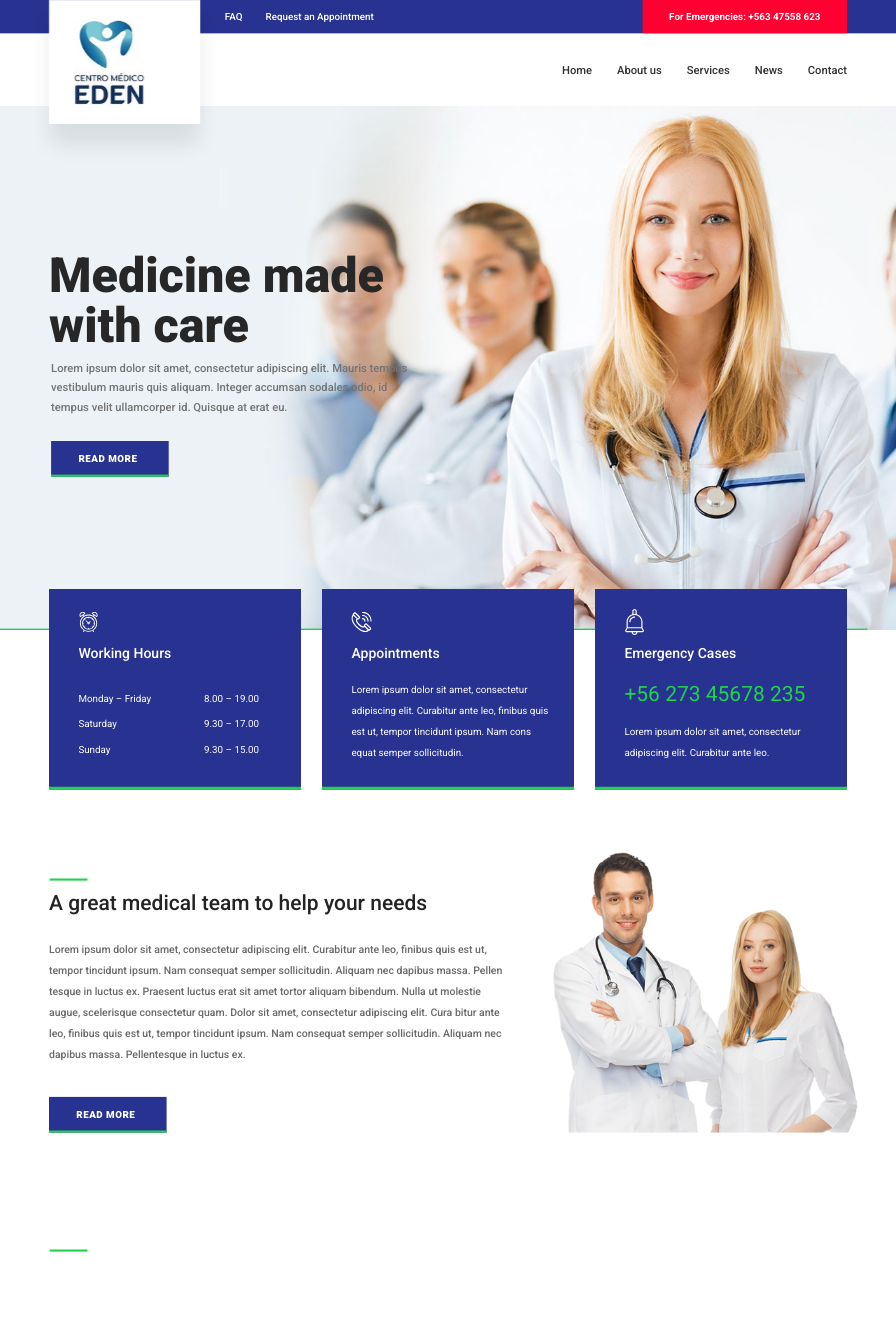
Repository: Nanitamo/centro-medico-eden-webpage
Page: index.html
The author's editor kept a copy of each file at every save. The page is drawn from the files as they stood at one save, then again after a run of saves.
The browser window is 1280 px wide. The pictures show the part of the page from y = 0 to 1920 px (the page is 4535 px tall), at 70% of full size.

Above is the page before, as saved 2020-06-18 12:57:36.

### index.html
<!DOCTYPE html>
<html lang="en">
<head>
<title>CareMed</title>
<meta charset="utf-8">
<meta http-equiv="X-UA-Compatible" content="IE=edge">
<meta name="description" content="CareMed demo project">
<meta name="viewport" content="width=device-width, initial-scale=1">
<link rel="stylesheet" type="text/css" href="styles/bootstrap4/bootstrap.min.css">
<link href="plugins/font-awesome-4.7.0/css/font-awesome.min.css" rel="stylesheet" type="text/css">
<link rel="stylesheet" type="text/css" href="plugins/OwlCarousel2-2.2.1/owl.carousel.css">
<link rel="stylesheet" type="text/css" href="plugins/OwlCarousel2-2.2.1/owl.theme.default.css">
<link rel="stylesheet" type="text/css" href="plugins/OwlCarousel2-2.2.1/animate.css">
<link rel="stylesheet" type="text/css" href="styles/main_styles.css">
<link rel="stylesheet" type="text/css" href="styles/responsive.css">
</head>
<body>

<div class="super_container">

	<!-- Header -->

	<header class="header trans_200">

		<!-- Top Bar -->
		<div class="top_bar">
			<div class="container">
				<div class="row">
					<div class="col">
						<div class="top_bar_content d-flex flex-row align-items-center justify-content-start">
							<div class="top_bar_item"><a href="#">FAQ</a></div>
							<div class="top_bar_item"><a href="#">Request an Appointment</a></div>
							<div class="emergencies  d-flex flex-row align-items-center justify-content-start ml-auto">For Emergencies: +563 47558 623</div>
						</div>

					</div>
				</div>
			</div>
		</div>

		<!-- Header Content -->
		<div class="header_container">
			<div class="container">
				<div class="row">
					<div class="col">
						<div class="header_content d-flex flex-row align-items-center justify-content-start">
							<nav class="main_nav ml-auto">
								<ul>
									<li><a href="index.html">Home</a></li>
									<li><a href="about.html">About us</a></li>
									<li><a href="services.html">Services</a></li>
									<li><a href="news.html">News</a></li>
									<li><a href="contact.html">Contact</a></li>
								</ul>
							</nav>
							<div class="hamburger ml-auto"><i class="fa fa-bars" aria-hidden="true"></i></div>
						</div>
					</div>
				</div>
			</div>
		</div>

		<!-- Logo -->
		<div class="logo_container_outer">
			<div class="container">
				<div class="row">
					<div class="col">
						<div class="logo_container">
							<a href="#">
								<div class="logo_content d-flex flex-column align-items-start justify-content-center">
									<!-- <div class="logo_line"></div>
									<div class="logo d-flex flex-row align-items-center justify-content-center">
										<div class="logo_text">Care<span>Med</span></div>
										<div class="logo_box">+</div>
									</div>
									<div class="logo_sub">Health Care Center</div> -->
									<img src="./images/logo.jpg" alt="Logotipo" width ="">
								</div>
							</a>
						</div>
					</div>
				</div>
			</div>
		</div>

	</header>

	<!-- Menu -->

	<div class="menu_container menu_mm">

		<!-- Menu Close Button -->
		<div class="menu_close_container">
			<div class="menu_close"></div>
		</div>

		<!-- Menu Items -->
		<div class="menu_inner menu_mm">
			<div class="menu menu_mm">
				<ul class="menu_list menu_mm">
					<li class="menu_item menu_mm"><a href="index.html">Home</a></li>
					<li class="menu_item menu_mm"><a href="about.html">About us</a></li>
					<li class="menu_item menu_mm"><a href="services.html">Services</a></li>
					<li class="menu_item menu_mm"><a href="news.html">News</a></li>
					<li class="menu_item menu_mm"><a href="contact.html">Contact</a></li>
				</ul>
			</div>
			<div class="menu_extra">
				<div class="menu_appointment"><a href="#">Request an Appointment</a></div>
				<div class="menu_emergencies">For Emergencies: +563 47558 623</div>
			</div>

		</div>

	</div>

	<!-- Home -->

	<div class="home">
		<div class="home_slider_container">
			<!-- Home Slider -->
			<div class="owl-carousel owl-theme home_slider">

				<!-- Slider Item -->
				<div class="owl-item">
					<div class="home_slider_background" style="background-image:url(images/home_background_1.jpg)"></div>
					<div class="home_content">
						<div class="container">
							<div class="row">
								<div class="col">
									<div class="home_content_inner">
										<div class="home_title"><h1>Medicine made with care</h1></div>
										<div class="home_text">
											<p>Lorem ipsum dolor sit amet, consectetur adipiscing elit. Mauris tempus vestibulum mauris quis aliquam. Integer accumsan sodales odio, id tempus velit ullamcorper id. Quisque at erat eu.</p>
										</div>
										<div class="button home_button">
											<a href="#">read more</a>
										</div>
									</div>
								</div>
							</div>
						</div>
					</div>
				</div>

				<!-- Slider Item -->
				<div class="owl-item">
					<div class="home_slider_background" style="background-image:url(images/home_background_1.jpg)"></div>
					<div class="home_content">
						<div class="container">
							<div class="row">
								<div class="col">
									<div class="home_content_inner">
										<div class="home_title"><h1>Medicine made with care</h1></div>
										<div class="home_text">
											<p>Lorem ipsum dolor sit amet, consectetur adipiscing elit. Mauris tempus vestibulum mauris quis aliquam. Integer accumsan sodales odio, id tempus velit ullamcorper id. Quisque at erat eu.</p>
										</div>
										<div class="button home_button">
											<a href="#">read more</a>
										</div>
									</div>
								</div>
							</div>
						</div>
					</div>
				</div>

				<!-- Slider Item -->
				<div class="owl-item">
					<div class="home_slider_background" style="background-image:url(images/home_background_1.jpg)"></div>
					<div class="home_content">
						<div class="container">
							<div class="row">
								<div class="col">
									<div class="home_content_inner">
										<div class="home_title"><h1>Medicine made with care</h1></div>
										<div class="home_text">
											<p>Lorem ipsum dolor sit amet, consectetur adipiscing elit. Mauris tempus vestibulum mauris quis aliquam. Integer accumsan sodales odio, id tempus velit ullamcorper id. Quisque at erat eu.</p>
										</div>
										<div class="button home_button">
											<a href="#">read more</a>
										</div>
									</div>
								</div>
							</div>
						</div>
					</div>
				</div>

			</div>

			<!-- Slider Progress -->
			<div class="home_slider_progress"></div>
		</div>
	</div>

	<!-- 3 Boxes -->

	<div class="boxes">
		<div class="container">
			<div class="row">

				<!-- Box -->
				<div class="col-lg-4 box_col">
					<div class="box working_hours">
						<div class="box_icon d-flex flex-column align-items-start justify-content-center"><div style="width:29px; height:29px;"><img src="images/alarm-clock.svg" alt=""></div></div>
						<div class="box_title">Working Hours</div>
						<div class="working_hours_list">
							<ul>
								<li class="d-flex flex-row align-items-center justify-content-start">
									<div>Monday – Friday</div>
									<div class="ml-auto">8.00 – 19.00</div>
								</li>
								<li class="d-flex flex-row align-items-center justify-content-start">
									<div>Saturday</div>
									<div class="ml-auto">9.30 – 17.00</div>
								</li>
								<li class="d-flex flex-row align-items-center justify-content-start">
									<div>Sunday</div>
									<div class="ml-auto">9.30 – 15.00</div>
								</li>
							</ul>
						</div>
					</div>
				</div>

				<!-- Box -->
				<div class="col-lg-4 box_col">
					<div class="box box_appointments">
						<div class="box_icon d-flex flex-column align-items-start justify-content-center"><div style="width: 29px; height:29px;"><img src="images/phone-call.svg" alt=""></div></div>
						<div class="box_title">Appointments</div>
						<div class="box_text">Lorem ipsum dolor sit amet, consectetur adipiscing elit. Curabitur ante leo, finibus quis est ut, tempor tincidunt ipsum. Nam cons equat semper sollicitudin.</div>
					</div>
				</div>

				<!-- Box -->
				<div class="col-lg-4 box_col">
					<div class="box box_emergency">
						<div class="box_icon d-flex flex-column align-items-start justify-content-center"><div style="width: 37px; height:37px; margin-left:-4px;"><img src="images/bell.svg" alt=""></div></div>
						<div class="box_title">Emergency Cases</div>
						<div class="box_phone">+56 273 45678 235</div>
						<div class="box_emergency_text">Lorem ipsum dolor sit amet, consectetur adipiscing elit. Curabitur ante leo.</div>
					</div>
				</div>

			</div>
		</div>
	</div>

	<!-- About -->

	<div class="about">
		<div class="container">
			<div class="row row-lg-eq-height">

				<!-- About Content -->
				<div class="col-lg-7">
					<div class="about_content">
						<div class="section_title"><h2>A great medical team to help your needs</h2></div>
						<div class="about_text">
							<p>Lorem ipsum dolor sit amet, consectetur adipiscing elit. Curabitur ante leo, finibus quis est ut, tempor tincidunt ipsum. Nam consequat semper sollicitudin. Aliquam nec dapibus massa. Pellen tesque in luctus ex. Praesent luctus erat sit amet tortor aliquam bibendum. Nulla ut molestie augue, scelerisque consectetur quam. Dolor sit amet, consectetur adipiscing elit. Cura bitur ante leo, finibus quis est ut, tempor tincidunt ipsum. Nam consequat semper sollicitudin. Aliquam nec dapibus massa. Pellentesque in luctus ex.</p>
						</div>
						<div class="button about_button">
							<a href="#">read more</a>
						</div>
					</div>
				</div>

				<!-- About Image -->
				<div class="col-lg-5">
					<div class="about_image"><img src="images/about.png" alt=""></div>
				</div>
			</div>
		</div>
	</div>

	<!-- Departments -->

	<div class="departments">
		<div class="departments_background parallax-window" data-parallax="scroll" data-image-src="images/departments.jpg" data-speed="0.8"></div>
		<div class="container">
			<div class="row">
				<div class="col">
					<div class="section_title section_title_light"><h2>Our Medical Departments</h2></div>
				</div>
			</div>
			<div class="row departments_row row-md-eq-height">

				<!-- Department -->
				<div class="col-lg-3 col-md-6 dept_col">
					<div class="dept">
						<div class="dept_image"><img src="images/dept_1.jpg" alt=""></div>
						<div class="dept_content text-center">
							<div class="dept_title">plastic surgery</div>
							<div class="dept_subtitle">Dr. James Smith</div>
						</div>
					</div>
				</div>

				<!-- Department -->
				<div class="col-lg-3 col-md-6 dept_col">
					<div class="dept">
						<div class="dept_image"><img src="images/dept_2.jpg" alt=""></div>
						<div class="dept_content text-center">
							<div class="dept_title">gastroenterology</div>
							<div class="dept_subtitle">Dr. Gunter Roscoe</div>
						</div>
					</div>
				</div>

				<!-- Department -->
				<div class="col-lg-3 col-md-6 dept_col">
					<div class="dept">
						<div class="dept_image"><img src="images/dept_3.jpg" alt=""></div>
						<div class="dept_content text-center">
							<div class="dept_title">dentistry</div>
							<div class="dept_subtitle">Dr. Maria Williams</div>
						</div>
					</div>
				</div>

				<!-- Department -->
				<div class="col-lg-3 col-md-6 dept_col">
					<div class="dept">
						<div class="dept_text">
							<p>Lorem ipsum dolor sit amet, consectetur adipiscing elit. Curabitur ante leo, finibus quis est ut, tempor tincidunt ipsum. Nam consequat semper sollicitudin. Aliquam nec dap ibus massa. Pellen tesque in luctus ex.</p>
						</div>
						<div class="button dept_button"><a href="#">read more</a></div>
					</div>
				</div>
			</div>
		</div>
	</div>

	<!-- Services -->

	<div class="services">
		<div class="container">
			<div class="row">
				<div class="col">
					<div class="section_title"><h2>Our Featured Services</h2></div>
				</div>
			</div>
			<div class="row services_row">

				<!-- Service -->
				<div class="col-lg-4 col-md-6 service_col">
					<a href="services.html">
						<div class="service text-center trans_200">
							<div class="service_icon"><img class="svg" src="images/service_1.svg" alt=""></div>
							<div class="service_title trans_200">Free Checkups</div>
							<div class="service_text">
								<p>Lorem ipsum dolor sit amet, consectetur adipiscing elit. Curabitur ante leo, finibus quis est ut, tempor tincidunt ipsum. Nam consequat semper sollicitudin.</p>
							</div>
						</div>
					</a>
				</div>

				<!-- Service -->
				<div class="col-lg-4 col-md-6 service_col">
					<a href="services.html">
						<div class="service text-center trans_200">
							<div class="service_icon"><img class="svg" src="images/service_2.svg" alt=""></div>
							<div class="service_title trans_200">Screening Exams</div>
							<div class="service_text">
								<p>Lorem ipsum dolor sit amet, consectetur adipiscing elit. Curabitur ante leo, finibus quis est ut, tempor tincidunt ipsum. Nam consequat semper sollicitudin.</p>
							</div>
						</div>
					</a>
				</div>

				<!-- Service -->
				<div class="col-lg-4 col-md-6 service_col">
					<a href="services.html">
						<div class="service text-center trans_200">
							<div class="service_icon"><img class="svg" src="images/service_3.svg" alt=""></div>
							<div class="service_title trans_200">RMI Services</div>
							<div class="service_text">
								<p>Lorem ipsum dolor sit amet, consectetur adipiscing elit. Curabitur ante leo, finibus quis est ut, tempor tincidunt ipsum. Nam consequat semper sollicitudin.</p>
							</div>
						</div>
					</a>
				</div>

				<!-- Service -->
				<div class="col-lg-4 col-md-6 service_col">
					<a href="services.html">
						<div class="service text-center trans_200">
							<div class="service_icon"><img class="svg" src="images/service_4.svg" alt=""></div>
							<div class="service_title trans_200">Dentistry</div>
							<div class="service_text">
								<p>Lorem ipsum dolor sit amet, consectetur adipiscing elit. Curabitur ante leo, finibus quis est ut, tempor tincidunt ipsum. Nam consequat semper sollicitudin.</p>
							</div>
						</div>
					</a>
				</div>

				<!-- Service -->
				<div class="col-lg-4 col-md-6 service_col">
					<a href="services.html">
						<div class="service text-center trans_200">
							<div class="service_icon"><img class="svg" src="images/service_5.svg" alt=""></div>
							<div class="service_title trans_200">Neonatology</div>
							<div class="service_text">
								<p>Lorem ipsum dolor sit amet, consectetur adipiscing elit. Curabitur ante leo, finibus quis est ut, tempor tincidunt ipsum. Nam consequat semper sollicitudin.</p>
							</div>
						</div>
					</a>
				</div>

				<!-- Service -->
				<div class="col-lg-4 col-md-6 service_col">
					<a href="services.html">
						<div class="service text-center trans_200">
							<div class="service_icon"><img class="svg" src="images/service_6.svg" alt=""></div>
							<div class="service_title trans_200">Biochemistry</div>
							<div class="service_text">
								<p>Lorem ipsum dolor sit amet, consectetur adipiscing elit. Curabitur ante leo, finibus quis est ut, tempor tincidunt ipsum. Nam consequat semper sollicitudin.</p>
							</div>
						</div>
					</a>
				</div>
			</div>
		</div>
	</div>

	<!-- Call to action -->

	<div class="cta">
		<div class="cta_background parallax-window" data-parallax="scroll" data-image-src="images/cta.jpg" data-speed="0.8"></div>
		<div class="container">
			<div class="row">
				<div class="col">
					<div class="cta_content text-center">
						<h2>Need a personal health plan?</h2>
						<p>Duis massa massa, mollis vel ullamcorper quis, finibus et urna. Aliquam ac eleifend metus. Ut sollicitudin risus ex</p>
						<div class="button cta_button"><a href="#">request a plan</a></div>
					</div>
				</div>
			</div>
		</div>
	</div>

	<!-- Footer -->

	<footer class="footer">
		<div class="footer_container">
			<div class="container">
				<div class="row">

					<!-- Footer - About -->
					<div class="col-lg-4 footer_col">
						<div class="footer_about">
							<div class="footer_logo_container">
								<a href="#" class="d-flex flex-column align-items-center justify-content-center">
									<div class="logo_content">
										<div class="logo d-flex flex-row align-items-center justify-content-center">
											<div class="logo_text">Care<span>Med</span></div>
											<div class="logo_box">+</div>
										</div>
										<div class="logo_sub">Health Care Center</div>
									</div>
								</a>
							</div>
							<div class="footer_about_text">
								<p>Lorem ipsum dolor sit amet, conse ctetur adipiscing elit. Curabitur ante leo, finibus quis est ut, tempor tincidunt ipsum.</p>
							</div>
							<ul class="footer_about_list">
								<li><div class="footer_about_icon"><img src="images/phone-call.svg" alt=""></div><span>+45 677 8993000 223</span></li>
								<li><div class="footer_about_icon"><img src="images/envelope.svg" alt=""></div><span>office@template.com</span></li>
								<li><div class="footer_about_icon"><img src="images/placeholder.svg" alt=""></div><span>Main Str. no 45-46, b3, 56832, Los Angeles, CA</span></li>
							</ul>
						</div>
					</div>

					<!-- Footer - Links -->
					<div class="col-lg-4 footer_col">
						<div class="footer_links footer_column">
							<div class="footer_title">Useful Links</div>
							<ul>
								<li><a href="#">Testimonials</a></li>
								<li><a href="#">FAQ</a></li>
								<li><a href="#">Apply for a Job</a></li>
								<li><a href="#">Terms & Conditions</a></li>
								<li><a href="#">Our Partners</a></li>
								<li><a href="#">Services</a></li>
								<li><a href="#">Free services</a></li>
								<li><a href="#">About us</a></li>
								<li><a href="#">News</a></li>
								<li><a href="#">Contact</a></li>
								<li><a href="#">Our Screening Program</a></li>
								<li><a href="#">FAQ</a></li>
							</ul>
						</div>
					</div>

					<!-- Footer - News -->
					<div class="col-lg-4 footer_col">
						<div class="footer_news footer_column">
							<div class="footer_title">Useful Links</div>
							<ul>
								<li>
									<div class="footer_news_title"><a href="news.html">Aliquam ac eleifend metus</a></div>
									<div class="footer_news_date">March 10, 2018</div>
								</li>
								<li>
									<div class="footer_news_title"><a href="news.html">Donec in libero sit amet mi vulputate</a></div>
									<div class="footer_news_date">March 10, 2018</div>
								</li>
								<li>
									<div class="footer_news_title"><a href="news.html">Aliquam ac eleifend metus</a></div>
									<div class="footer_news_date">March 10, 2018</div>
								</li>
							</ul>
						</div>
					</div>
				</div>
			</div>
		</div>
		<div class="copyright">
			<div class="container">
				<div class="row">
					<div class="col">
						<div class="copyright_content d-flex flex-lg-row flex-column align-items-lg-center justify-content-start">
							<div class="cr"><!-- Link back to Colorlib can't be removed. Template is licensed under CC BY 3.0. -->
Copyright &copy;<script>document.write(new Date().getFullYear());</script> All rights reserved | This template is made with <i class="fa fa-heart-o" aria-hidden="true"></i> by <a href="https://colorlib.com" target="_blank">Colorlib</a>
<!-- Link back to Colorlib can't be removed. Template is licensed under CC BY 3.0. --></div>
							<div class="footer_social ml-lg-auto">
								<ul>
									<li><a href="#"><i class="fa fa-pinterest" aria-hidden="true"></i></a></li>
									<li><a href="#"><i class="fa fa-facebook" aria-hidden="true"></i></a></li>
									<li><a href="#"><i class="fa fa-twitter" aria-hidden="true"></i></a></li>
									<li><a href="#"><i class="fa fa-dribbble" aria-hidden="true"></i></a></li>
									<li><a href="#"><i class="fa fa-behance" aria-hidden="true"></i></a></li>
									<li><a href="#"><i class="fa fa-linkedin" aria-hidden="true"></i></a></li>
								</ul>
							</div>
						</div>
					</div>
				</div>
			</div>
		</div>
	</footer>
</div>

<script src="js/jquery-3.2.1.min.js"></script>
<script src="styles/bootstrap4/popper.js"></script>
<script src="styles/bootstrap4/bootstrap.min.js"></script>
<script src="plugins/OwlCarousel2-2.2.1/owl.carousel.js"></script>
<script src="plugins/easing/easing.js"></script>
<script src="plugins/parallax-js-master/parallax.min.js"></script>
<script src="js/custom.js"></script>
</body>
</html>

Loaded but not shown: styles/bootstrap4/bootstrap.min.css (library); plugins/font-awesome-4.7.0/css/font-awesome.min.css (library); plugins/OwlCarousel2-2.2.1/owl.carousel.css (library); plugins/OwlCarousel2-2.2.1/owl.theme.default.css (common file); plugins/OwlCarousel2-2.2.1/animate.css (library); js/jquery-3.2.1.min.js (library); styles/bootstrap4/popper.js (library); styles/bootstrap4/bootstrap.min.js (library); plugins/OwlCarousel2-2.2.1/owl.carousel.js (library); plugins/easing/easing.js (library); plugins/parallax-js-master/parallax.min.js (library); js/custom.js (204 lines, source omitted); styles/main_styles.css (1310 lines, source omitted); styles/responsive.css (427 lines, source omitted)

After the next 2 saves:
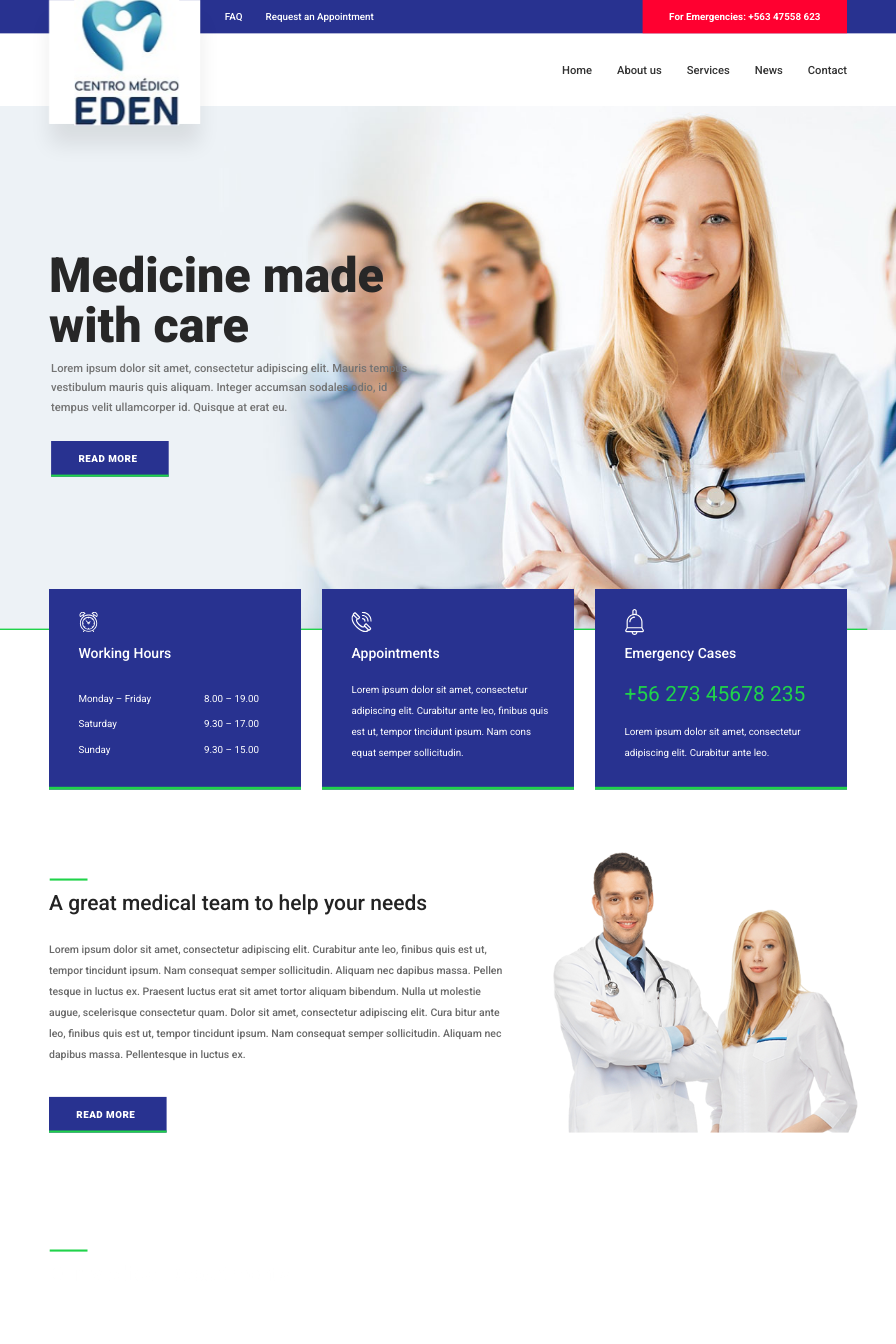
The 2 saves are shown as one change because they came seconds apart.
The last was saved 6 s later.
--- a/index.html
+++ b/index.html
@@ -74,7 +74,7 @@
 										<div class="logo_box">+</div>
 									</div>
 									<div class="logo_sub">Health Care Center</div> -->
-									<img src="./images/logo.jpg" alt="Logotipo" width ="">
+									<img src="./images/logo.jpg" alt="Logotipo" width ="150" h>
 								</div>
 							</a>
 						</div>
